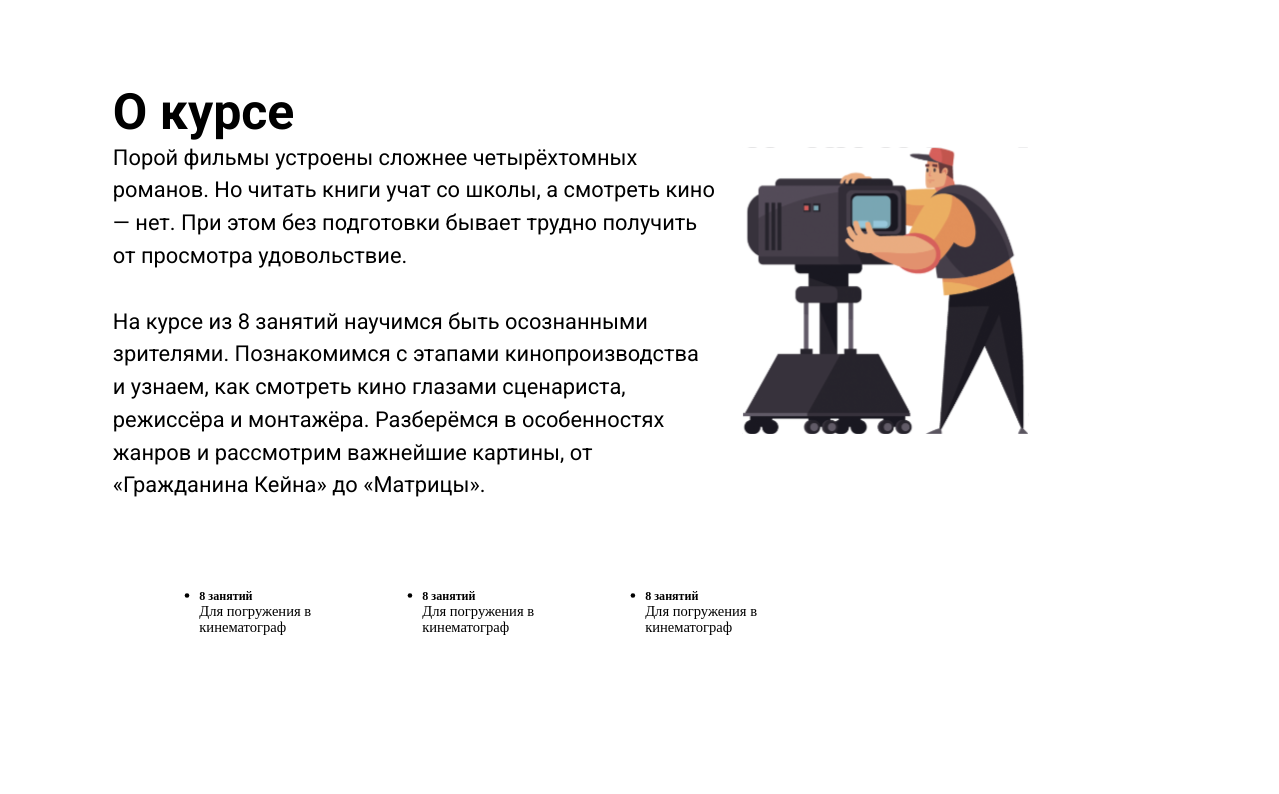
Repository: AytacSafarova/task-figma--1
Page: index.html
The author's editor kept a copy of each file at every save. The page is drawn from the files as they stood at one save, then again after a run of saves.
The browser window is 1280 px wide. The page is 1280 px wide, then 1405 px, so the pictures cover 1405 px, including what lies to the right of the window. The pictures show the whole page, at 91% of full size.

Above is the page before, as saved 2023-04-29 20:36:22.

After the next 3 saves:
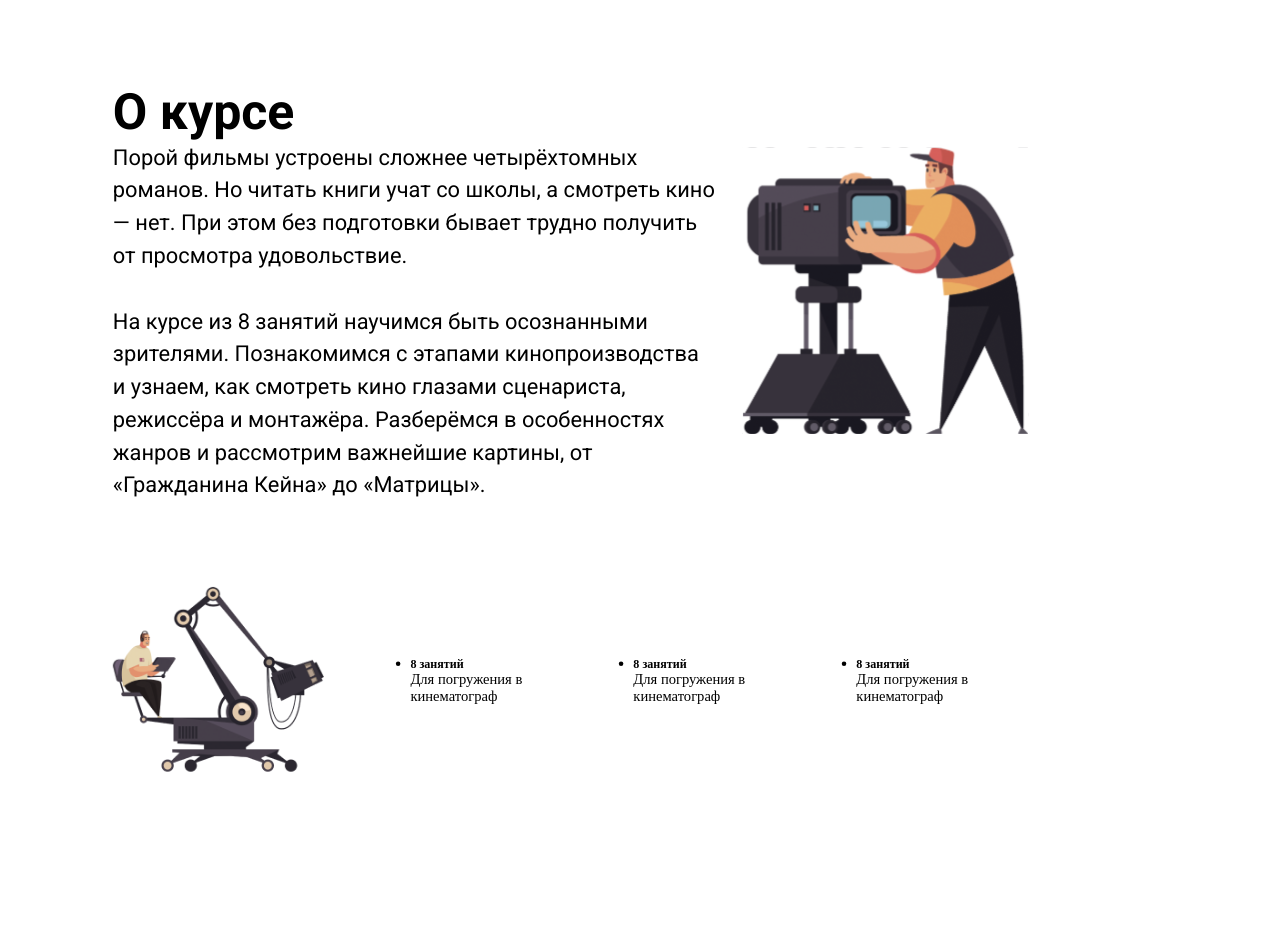
The 3 saves are shown as one change because they came seconds apart.
The last was saved 45 s later.
--- a/index.html
+++ b/index.html
@@ -44,10 +44,7 @@
     </div>
 
     <div class="down">
-      <div class="image">
         <img src="/images/photo 1.png" alt="" />
-      </div>
-
       <ul class="list">
         <li>
           <h5>8 занятий</h5>
